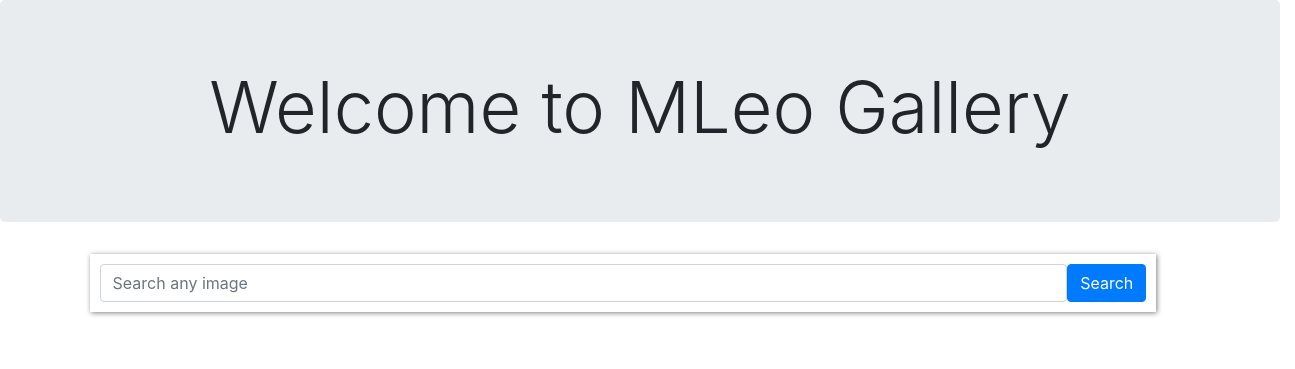
Repository: the-manohar/gallery
Page: /
An editor plug-in stored every save of this project. The page is shown before and after the next save, followed by the edit.
The browser window is 1280 px wide. The page is 1295 px wide, so the pictures cover 1295 px, including what lies to the right of the window. The pictures show the whole page.
The project was rebuilt for these pictures with package versions that can differ from the ones it lists, and the page was loaded fresh each time.

Above is the page before, as saved 2020-06-18 23:45:02.

After the next save:
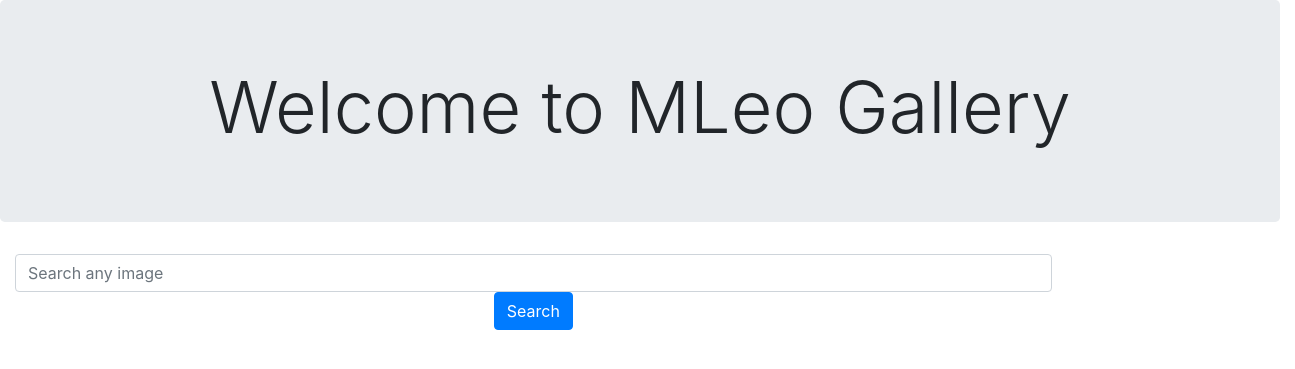
Saved 17 s later.
--- a/src/App.css
+++ b/src/App.css
@@ -1,13 +1,13 @@
 .App {
   text-align: center;
 }
-.mydiv {
+/* .mydiv {
   display: flex;
   /* justify-content: space-around; */
   margin: 10px 7%;
   box-shadow: 1px 1px 5px grey;
   padding: 10px;
-}
+} */
 
 .gallery {
   display: flex;
